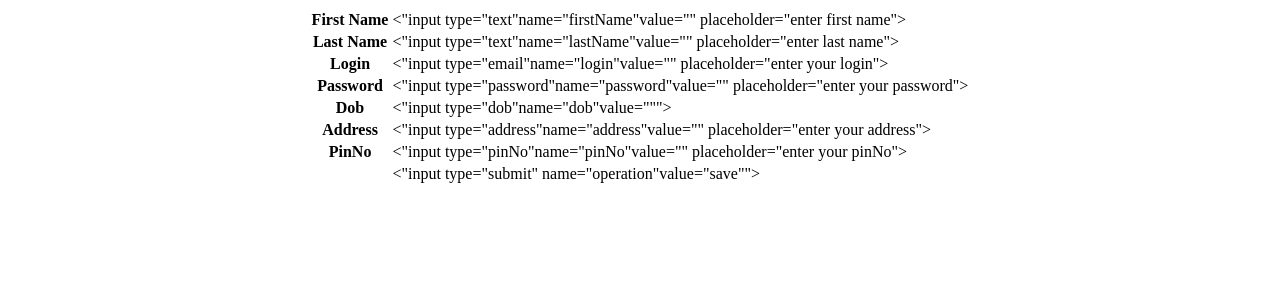
Repository: Deepak9669/JSP-Servlet
Page: http://localhost/Dynamic-Web-Project/FirstView.jsp
The author's editor kept a copy of each file at every save. The page is drawn from the files as they stood at one save, then again after the next save.
The browser window is 1280 px wide. The pictures show the whole page.
The page is served by Tomcat 9.

Above is the page before, as saved 2025-09-29 14:54:01.

After the next save:
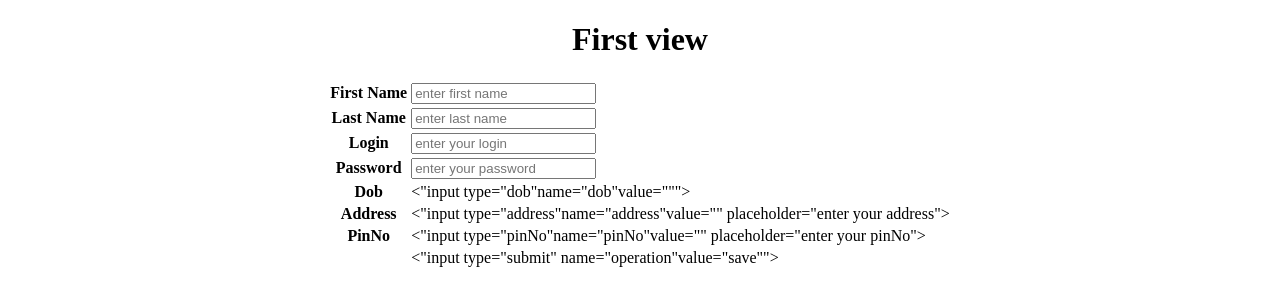
Saved 7 min 36 s later.
--- a/Dynamic-Web-Project/WebContent/FirstView.jsp
+++ b/Dynamic-Web-Project/WebContent/FirstView.jsp
@@ -9,27 +9,29 @@
 <body>
 <div align="center">
 
+<h1>First view</h1>
+
   <form action="">
 
    <table>
       <tr>
       <th>First Name</th>
-       <td><"input type="text"name="firstName"value="" placeholder="enter first name"></td>
+       <td><input type="text"name="firstName"value="" placeholder="enter first name"></td>
 
       </tr>
             <tr>
       <th>Last Name</th>
-       <td><"input type="text"name="lastName"value="" placeholder="enter last name"></td>
+       <td><input type="text"name="lastName"value="" placeholder="enter last name"></td>
 
       </tr>
             <tr>
       <th>Login</th>
-       <td><"input type="email"name="login"value="" placeholder="enter your login"></td>
+       <td><input type="email"name="login"value="" placeholder="enter your login"></td>
 
       </tr>
             <tr>
       <th>Password</th>
-       <td><"input type="password"name="password"value="" placeholder="enter your password"></td>
+       <td><input type="password"name="password"value="" placeholder="enter your password"></td>
 
       </tr>
             <tr>
